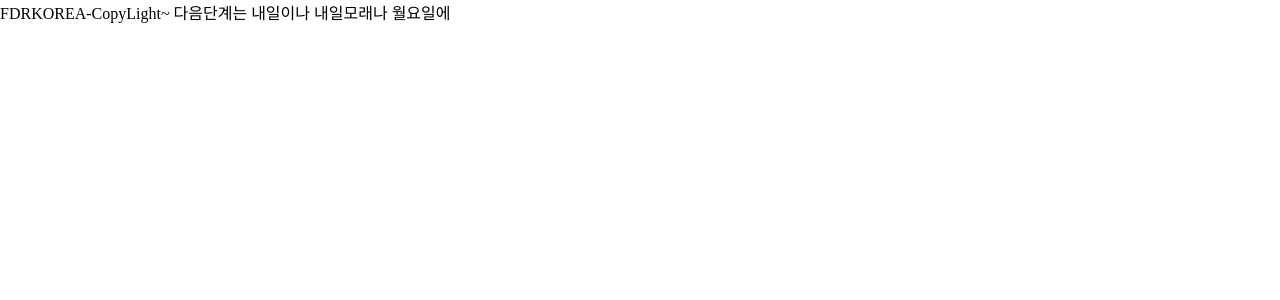
Repository: ParkJinWoo128/MyProject
Page: http://localhost/exam_01/WepContent/layout/footer.jsp
An editor plug-in stored every save of this project. The page is shown before and after the next save, followed by the edit.
The browser window is 1280 px wide. The pictures show the whole page.
The page is served by Tomcat 9.

Above is the page before, as saved 2024-10-04 11:48:50.

### exam_01/WepContent/layout/footer.jsp
<%@ page language="java" contentType="text/html; charset=UTF-8"
    pageEncoding="UTF-8"%>
<!DOCTYPE html>
<html>
<head>
	<meta charset="UTF-8">
	<title>Insert title here</title>
	<link rel="stylesheet" type="text/css" href="../css/style.css?ver1.1.1">
</head>
<body>
	<main id="footer">
		FDRKOREA-CopyLight~ 다음단계는 내일이나 내일모래나 월요일에
	</main>
</body>
</html>

### exam_01/WepContent/css/style.css
@charset "UTF-8";
* {padding: 0; margin: 0;}

a {color: white; text-decoration: none;}

#header {
	width: 100%;
	height: 80px;
	line-height: 80px;
	color: white;
	background-color: blue;
	text-align: center;
}

#nav {
	width: 100%;
	height: 40px;
	line-height: 40px;
	background-color: rgba(0, 0, 255, 0.7);
}

#nav ul li {
	padding: 0 10px;
	list-style: none;
	float: left;
}

After the next save:
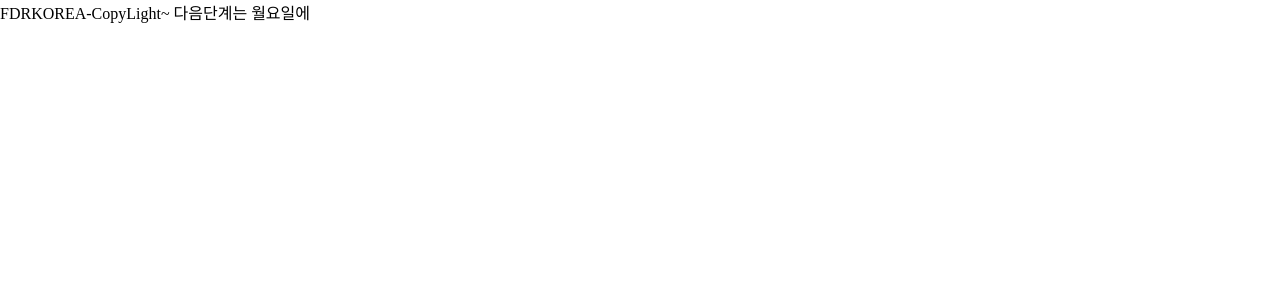
Saved 7 s later.
--- a/exam_01/WepContent/layout/footer.jsp
+++ b/exam_01/WepContent/layout/footer.jsp
@@ -9,7 +9,7 @@
 </head>
 <body>
 	<main id="footer">
-		FDRKOREA-CopyLight~ 다음단계는 내일이나 내일모래나 월요일에
+		FDRKOREA-CopyLight~ 다음단계는 월요일에
 	</main>
 </body>
 </html>
